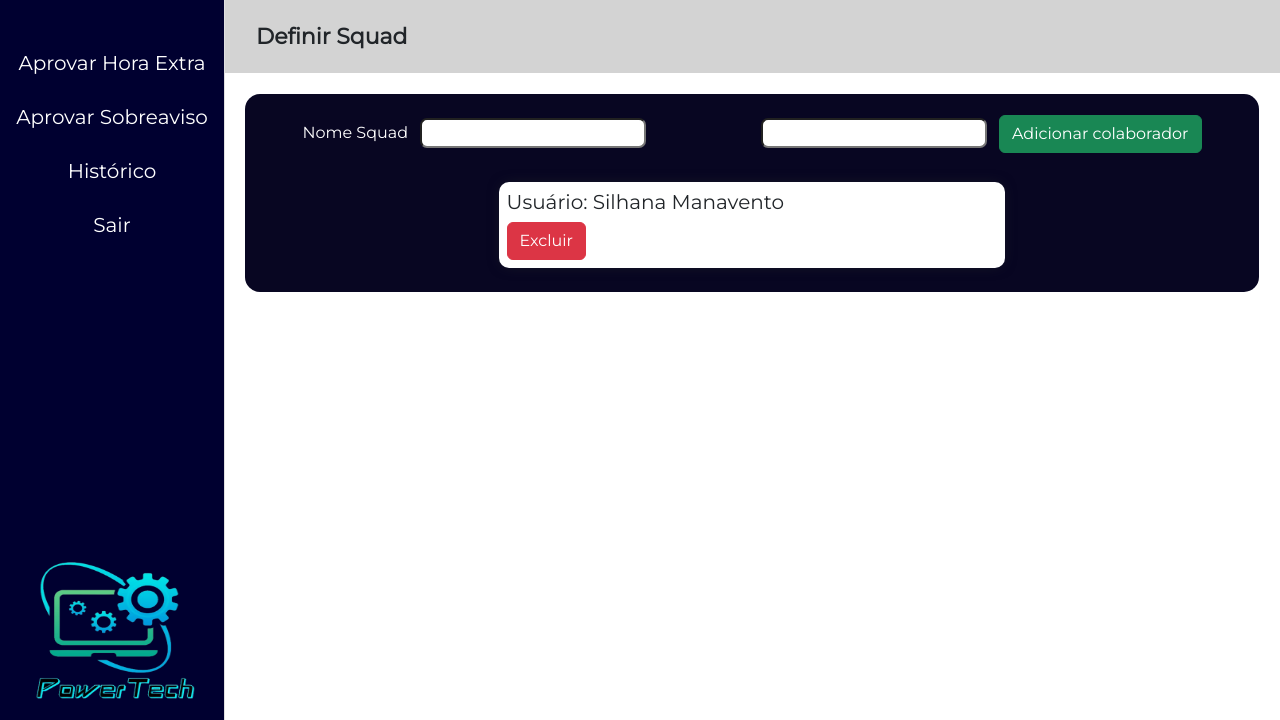
Repository: PowerTech-Fatec/API-2RP-NET
Page: /adm/squad (app in Sprint 3/2rp-web/)
The author's editor kept a copy of each file at every save. The page is drawn from the files as they stood at one save, then again after the next save.
The browser window is 1280 px wide. The pictures show the whole page.
The project was rebuilt for these pictures with package versions that can differ from the ones it lists, and the page was loaded fresh each time. Also part of the build but not shown: Sprint 3/2rp-web/src/pages/login/login.js, Sprint 3/2rp-web/src/pages/home/dashboard.js, Sprint 3/2rp-web/src/pages/home/sobreaviso/sobreaviso.css, Sprint 3/2rp-web/src/pages/home/sobreaviso/sobreaviso.js, Sprint 3/2rp-web/src/pages/home/hora-extra/hora-extra.css, Sprint 3/2rp-web/src/pages/home/hora-extra/hora-extra.js, Sprint 3/2rp-web/src/components/cards/Cards.js, Sprint 3/2rp-web/src/pages/home/gestor/aprovar-hora-extra/gestor.js and 3 more.

Above is the page before, as saved 2022-11-02 16:40:16.

### Sprint 3/2rp-web/src/index.js
import React from 'react';
import ReactDOM from 'react-dom/client';
import './index.css';
import App from './App';
import reportWebVitals from './reportWebVitals';
import { BrowserRouter } from 'react-router-dom';
import 'bootstrap/dist/css/bootstrap.min.css';
import 'bootstrap-icons/font/bootstrap-icons.css';

import Popper from '@popperjs/core';
import 'bootstrap/dist/js/bootstrap.bundle.min';

const root = ReactDOM.createRoot(document.getElementById('root'));
root.render(
  <BrowserRouter>
    <App />
  </BrowserRouter>
);

// If you want to start measuring performance in your app, pass a function
// to log results (for example: reportWebVitals(console.log))
// or send to an analytics endpoint. Learn more: https://bit.ly/CRA-vitals
reportWebVitals();

### Sprint 3/2rp-web/src/App.js
import React from 'react'
import './App.css';
import { Routes, Route } from 'react-router-dom'
import Login from './pages/login/login'
import Dashboard from './pages/home/dashboard'
import Sobreaviso from './pages/home/sobreaviso/sobreaviso'
import HoraExtra from './pages/home/hora-extra/hora-extra'
import Gestor from './pages/home/gestor/aprovar-hora-extra/gestor'
import GestorSobreaviso from './pages/home/gestor/aprovar-sobreaviso/gestor-sobreaviso'
import GestorHistorico from './pages/home/gestor/historico/gestor-historico'
import Squad from './pages/home/adm/squad/def-squad'

function App() {
  return (
    <Routes>
      <Route path='/login' element={<Login />} />
      <Route path='/dashboard' element={<Dashboard />} />
      <Route path='/horaextra' element={<HoraExtra />} />
      <Route path='/sobreaviso' element={<Sobreaviso />} />
      <Route path='/gestor' element={<Gestor />} />
      <Route path='/gestor-sobreaviso' element={<GestorSobreaviso />} />
      <Route path='/gestor-historico' element={<GestorHistorico />} />
      <Route path='/adm/squad' element={<Squad />} />
      <Route path='*' element={<Login />} />
    </Routes>

  );
}

export default App;

### Sprint 3/2rp-web/src/App.css
@font-face {
    font-family: 'Montserrat';
    src: url(./assets/fonts/Montserrat-Regular.ttf);
}

*{
    font-family: 'Montserrat';
}

.ml-1{margin-left: 0.25rem;}
.ml-2{margin-left: 0.5rem;}
.ml-3{margin-left: 0.75rem;}
.ml-4{margin-left: 1rem;}
.ml-5{margin-left: 1.25rem;}

### Sprint 3/2rp-web/src/pages/home/adm/squad/def-squad.js
import Sidebar from "../../../../components/sidebar"
import Header from "../../../../components/header/header";
import Card from "../../../../components/cards/Squad"
import './def-squad.css'

import React, { Component, useEffect, useState } from 'react';


function Squad() {
    return (
        <Sidebar>
          <Header nome="Definir Squad"></Header>

          {/* linha 1: solitações, filtro */}
          <div className="background d-flex flex-column aling-itens-center">

            <div>
            <div className="col-12 d-flex justify-content-around">
            <div className="d-flex justify-content-center">
            <span>
            <label className="font">Nome Squad</label> <input className="squad-name mt-4 mb-4 ml-2"></input>
            </span>
            </div>




            <div className="d-flex justify-content-center">
            <span>
            <input className="squad-name mt-4 mb-4"></input><button type="button" class="btn btn-success ml-3">Adicionar colaborador</button>
            </span>
            </div>

            </div>


            {/* card info hora extra */}
            <div className="d-flex flex-column aling-itens-center">
            <Card
              Usuario = " Silhana Manavento"
            />

            </div>


            </div>

          </div>
        </Sidebar>
    )
}

export default Squad

### Sprint 3/2rp-web/src/pages/login/login.css
.login{
    background: #090d23
    ;
}
.fundo{
    background-color: #090d23;
    width: 300px;
    height: 50px;
    color: #fff;
}
.fundoback{
    background-color: #262d28;
}
.fundocolor{
    background-color: #090d23;
}
.background{
    background-color: #9A9696;
}
.height{
    height: 100vh;

}
.tpm{
    margin-top: 150px;
}
.input{
    width: 350px;
    height: 40px;
}
.marg{
    margin-top: 100px;
    margin-left: 180px;
}
.svg{
    margin-top: 3px;
}

### Sprint 3/2rp-web/src/components/sidebar.js
import { Drawer, useTheme } from '@mui/material'
import { Box } from '@mui/system'
import './Sidebar.css'
import { Link } from 'react-router-dom'

import React from 'react'

function Sidebar({ children }) {
    const theme = useTheme();




    return (
        <>

            <Drawer variant='permanent'>
                <Box width={theme.spacing(28)} height={theme.spacing(100)} className ='side-bar  '>
                     <div className='texto mt-5'>

                                {/* <Link to='/dashboard' className ='side-links mt-4'>
                                    Dashboard
                                </Link>
                                <Link to='/horaextra' className ='side-links mt-4'>
                                    Apontar Hora Extra
                                </Link>
                                <Link to='/sobreaviso' className ='side-links mt-4' >
                                    Apontar Sobreaviso
                                </Link> */}

                                {/* Associar a lista de link */}
                                {/* <Link to='/gestor-dashboard' className ='side-links mt-4' >
                                    Dashboard
                                </Link> */}
                                <Link to='/gestor' className ='side-links mt-4' >
                                        Aprovar Hora Extra
                                </Link>
                                <Link to='/gestor-sobreaviso' className ='side-links mt-4' >
                                    Aprovar Sobreaviso
                                </Link>
                                <Link to='/gestor-historico' className ='side-links mt-4' >
                                    Histórico
                                </Link>


                                <Link to='/login' className ='side-links mt-4' >
                                    Sair
                                </Link>

                    </div>
                    <div className='footer'>
                        <img src={require('../assets/powertech.png')} height='140px' width='160px' />
                    </div>
                </Box>
            </Drawer>

            <Box height="100vh" marginLeft={theme.spacing(28)}>
                {children}
            </Box>
        </>
    );
}

export default Sidebar

### Sprint 3/2rp-web/src/components/header/header.js
import './header.css'

import React from 'react'

function Header(props) {

    return (
        <>
            <div className='bg-title'>
                <span className='title'>{props.nome}</span>
            </div>
        </>
    );
}

export default Header

### Sprint 3/2rp-web/src/pages/home/gestor/aprovar-hora-extra/gestor.css
.background{
    margin-top: 2%;
    margin-left: 2%;
    margin-right: 2%;
    border-radius: 15px;

    background-color: #080622;
}

/* .filtro{
    width: 20%;
} */

/* /* .soli{
    margin-left: 15%;
} */

.filtroLabel{
    margin-left: 37%;
} */

.font{
    color: white;
}

### Sprint 3/2rp-web/src/pages/home/gestor/aprovar-sobreaviso/gestor-sobreaviso.css
.background{
    margin-top: 2%;
    margin-left: 2%;
    margin-right: 2%;
    border-radius: 15px;

    background-color: #080622;
}

.filtro{
    width: 20%;
}

.soli{
    margin-left: 15%;
}

.filtroLabel{
    margin-left: 37%;
}

.font{
    color: white;
}

### Sprint 3/2rp-web/src/pages/home/gestor/historico/gestor-historico.css
.background{
    margin-top: 2%;
    margin-left: 2%;
    margin-right: 2%;
    border-radius:   15px;

    background-color: #080622;
}

.filtro{
    width: 20%;
}

.soli{
    margin-left: 15%;
}

.filtroLabel{
    margin-left: 37%;
}

.font{
    color: white;
}

### Sprint 3/2rp-web/src/components/cards/Squad.js
import React from "react";
import './Squad.css'

function Card(props) {
    return(
        <div className="card-container mb-4 col-6 offset-3">
            <div className="card-content">

            <div className="card-title ml-2 mt-2">
                <span>
                <h5>Usuário: {props.Usuario}</h5>
                <button type="button" class="btn btn-danger mb-2">Excluir</button>
                </span>
            </div>

            </div>

        </div>
    )
}

export default Card

### Sprint 3/2rp-web/src/pages/home/adm/squad/def-squad.css
.background{
    margin-top: 2%;
    margin-left: 2%;
    margin-right: 2%;
    border-radius: 15px;

    background-color: #080622;
}

.filtro{
    width: 20%;
}

/* .soli{
    margin-left: 15%;
} */

/* .filtroLabel{
    margin-left: 37%;
} */

.font{
    color: white;
}

.squad-name{
    border-radius: 7px;
}

### Sprint 3/2rp-web/src/components/Sidebar.css
.side-links {
    color: #fff;
    text-decoration: none;
    font-size: 20px;
    display: flex;
    justify-content: center;
}

.side-bar {
    background-color: #000030;
}

.footer{
    margin-bottom: 20px;
    margin-left: 35px;
    position: absolute;
    bottom: 0;
}

### Sprint 3/2rp-web/src/components/header/header.css
.bg-title{
    background-color: lightgray;
    padding: 20px 0px;
}

.title{
    font-size: 22px;
    font-weight: bold;
    margin-left: 2rem;
}

### Sprint 3/2rp-web/src/components/cards/Cards.css
.card-container{
    width: 900px;
    overflow: hidden;
    box-shadow: 0px 0px 15px -5px;
    border-radius: 10px;
    /* margin-left: 15%; */
    margin-top: 10px;

    background-color: white;
}

### Sprint 3/2rp-web/src/components/cards/Squad.css
.card-container{
    width: 600px;
    overflow: hidden;
    box-shadow: 0px 0px 15px -5px;
    border-radius: 10px;
    /* margin-left: 15%; */
    margin-top: 10px;

    background-color: white;
}

Loaded but not shown: Sprint 3/2rp-web/public/index.html (common file); Sprint 3/2rp-web/src/index.css (common file); Sprint 3/2rp-web/src/reportWebVitals.js (common file)

After the next save:
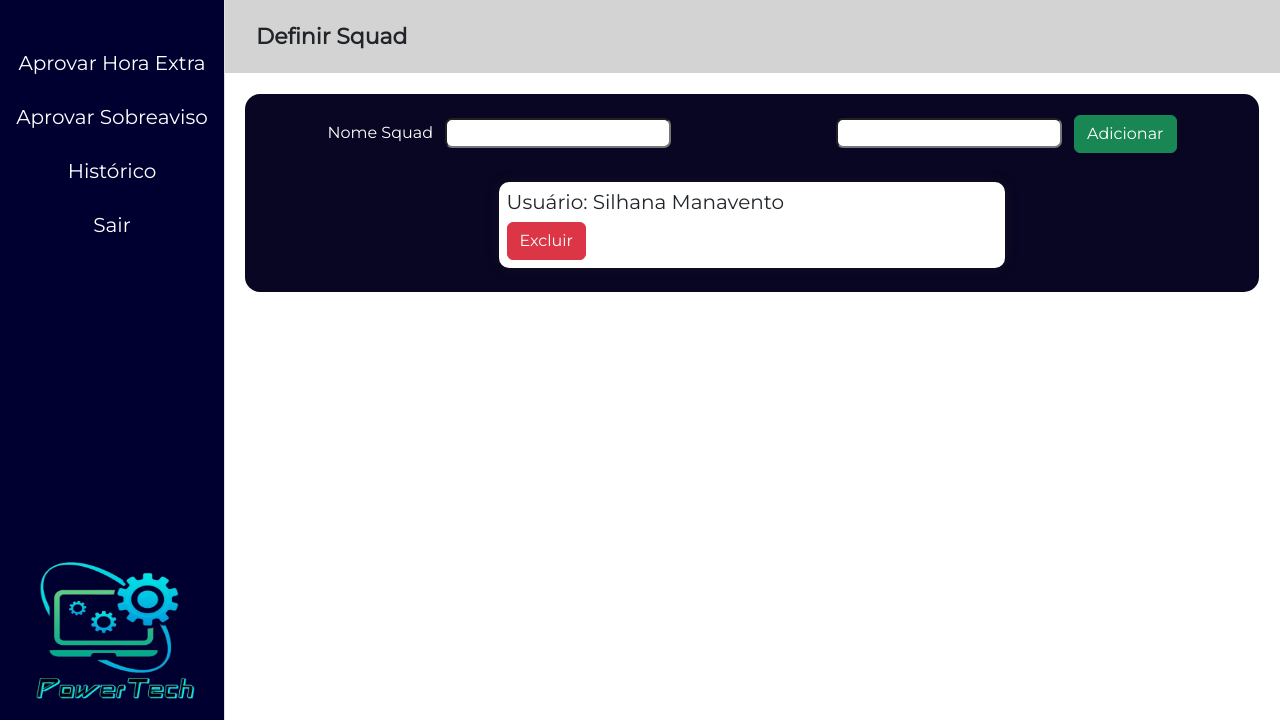
Saved 14 s later.
--- a/Sprint 3/2rp-web/src/pages/home/adm/squad/def-squad.js
+++ b/Sprint 3/2rp-web/src/pages/home/adm/squad/def-squad.js
@@ -27,7 +27,7 @@ function Squad() {
 
             <div className="d-flex justify-content-center">
             <span>
-            <input className="squad-name mt-4 mb-4"></input><button type="button" class="btn btn-success ml-3">Adicionar colaborador</button>
+            <input className="squad-name mt-4 mb-4"></input><button type="button" class="btn btn-success ml-3">Adicionar</button>
             </span>
             </div>
 
